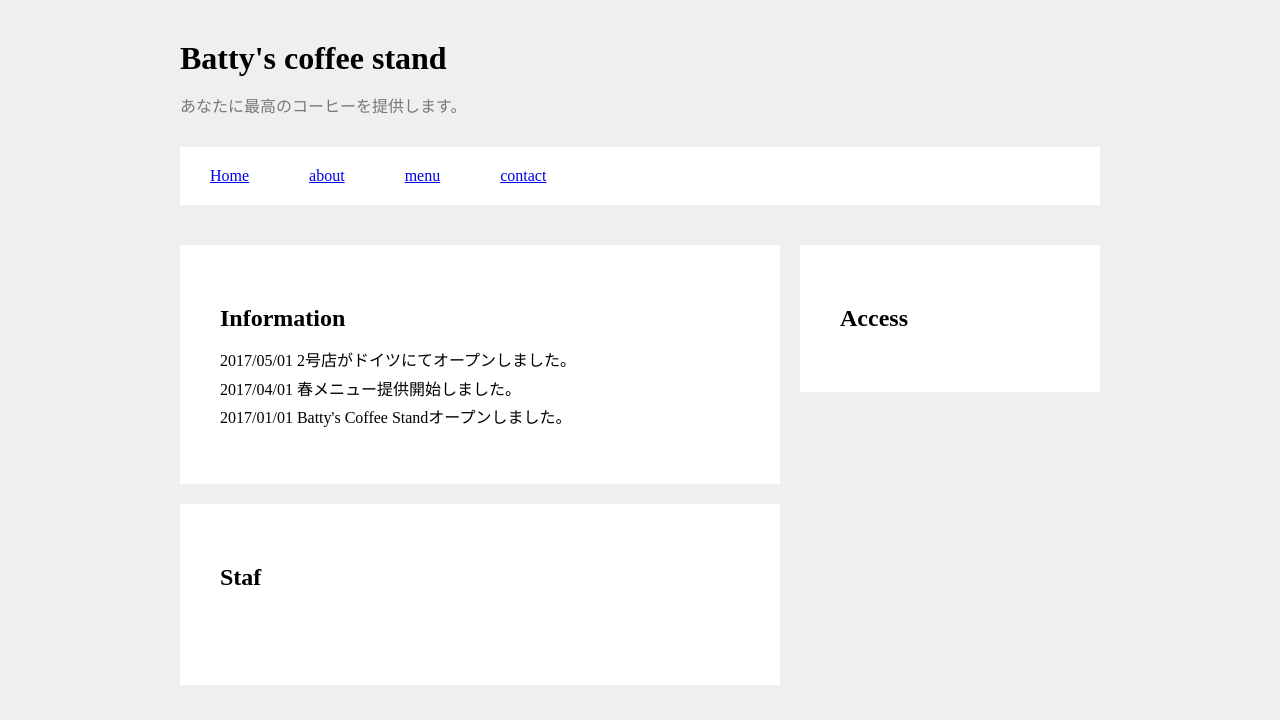
Repository: ayainokuchi/php_practice
Page: html/batty_coffee_stand/index.html
The author's editor kept a record of every edit. The page is drawn from the files as they stood at one moment, then again after the next edit.
The browser window is 1280 px wide. The pictures show the whole page.

Above is the page before.

### html/batty_coffee_stand/index.html
<!DOCTYPE HTML>
<html>
  <head>
    <meta charset="UTF-8">
    <title>Batty's Coffee Stand</title>
    <link rel="stylesheet" href="css/normalize.css">
    <link rel="stylesheet" href="css/style.css">
  </head>
  <body>
    <header>
        <div class="container">
          <div class="header-title-area">
              <h1 class="logo">Batty's coffee stand</h1>
              <p class="text-sub">あなたに最高のコーヒーを提供します。</p>
          </div>
          <ul class="header-navigation">
              <li><a href="#">Home</a></li>
              <li><a href="#">about</a></li>
              <li><a href="#">menu</a></li>
              <li><a href="#">contact</a></li>
          </ul>
        </div>
    </header>

    <div class="main">
        <div class="container">
            <div class="left-contents">
            <div class="card-contents">
                <h2 class="text-title">Information</h2>
                <ul class="information-list">
                  <li>2017/05/01 2号店がドイツにてオープンしました。</li>
                  <li>2017/04/01 春メニュー提供開始しました。</li>
                  <li>2017/01/01 Batty's Coffee Standオープンしました。</li>
                </ul>
            </div>
            <div class="card-contents">
                <h2 class="text-title">Staf</h2>
                <div class="staff-list-area">
                    <div class="staff-list">
                        <img src="">
                        <p></p>
                    </div>
                    <div class="staff-list">
                        <img src="">
                        <p></p>
                    </div>
                    <div class="staff-list">
                        <img src="">
                        <p></p>
                    </div>

                </div>
            </div>
            </div>
            <div class="right-contents">
            <div class="card-contents">
                <h2 class="text-title">Access</h2>
            </div>
            </div>

        </div>

    </div>





  </body>
</html>

### html/batty_coffee_stand/css/style.css
body {
    background-color: #efefef;
}

header {
    margin-top: 20px;
}

.container {
    width: 920px;
    margin: 0 auto 40px auto;
}

.header-title-area {
    margin-top: 40px;
    margin-bottom: 30px;
}

.logo {
    font-size: 32px;
}

.text-sub {
    color: #777;
}

.header-navigation {
    width: 100%;
    background-color: #fff;
    padding: 20px 0;
}

.header-navigation:after {
    clear: both;
    display: block;
    content: " ";
}

.header-navigation li{
    float: left;
    padding: 0 30px;
    text-align: center;
    list-style-type: none;
}

.header-navigation {
    color: #333;
    text-decoration: none;
}

.text-tittle {
    font-size: 24px;
  font-weight: bold;
  margin-top: 0;
  margin-bottom: 20px;
}

.card-contents {
    padding: 40px;
  display: block;
  margin-bottom: 20px;
  background-color: #fff;
}

.left-contents {
  width: 600px;
  margin-right: 20px;
  float: left;
}

.right-contents {
  width: 300px;
  float: left;
}

.information-list {
    list-style-type: none;
    padding-left: 0;
}

.information-list li {
    margin-bottom: 10px;
}

.staff-list-area:after {
  clear: both;
  display: block;
  content: " ";
}
.staff-list {
  width: 150px;
  margin-right: 35px;
  float: left;
}
.staff-list:last-child {
  margin-right: 0;
}
.staff-image {
  margin-bottom: 10px;
  width: 150px;
  height: 150px;
  display: block;
}
.staff-name {
  text-align: center;
}

Loaded but not shown: html/batty_coffee_stand/css/normalize.css (library)

After the next edit:
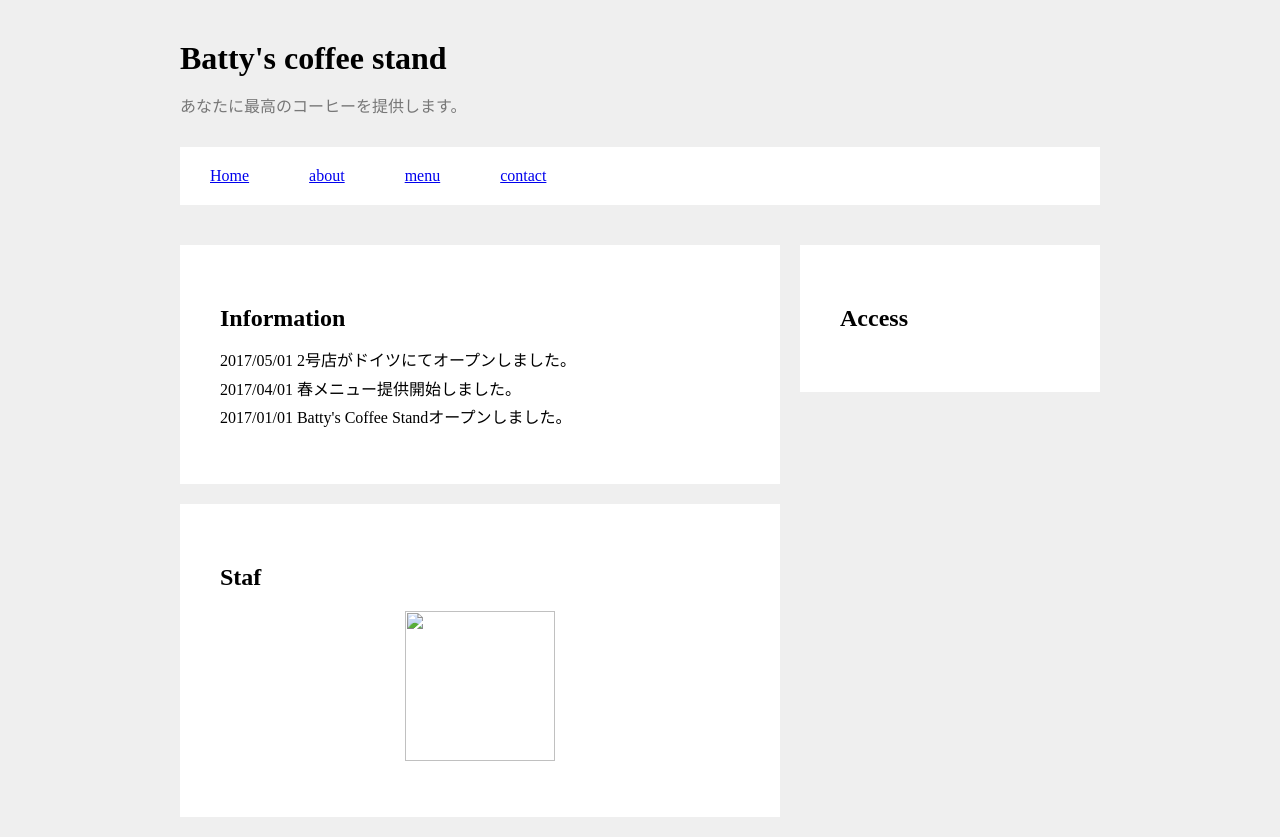
The edit:
--- a/html/batty_coffee_stand/index.html
+++ b/html/batty_coffee_stand/index.html
@@ -41,7 +41,7 @@
                         <p></p>
                     </div>
                     <div class="staff-list">
-                        <img src="">
+                        <img src="" class="staff-image">
                         <p></p>
                     </div>
                     <div class="staff-list">
